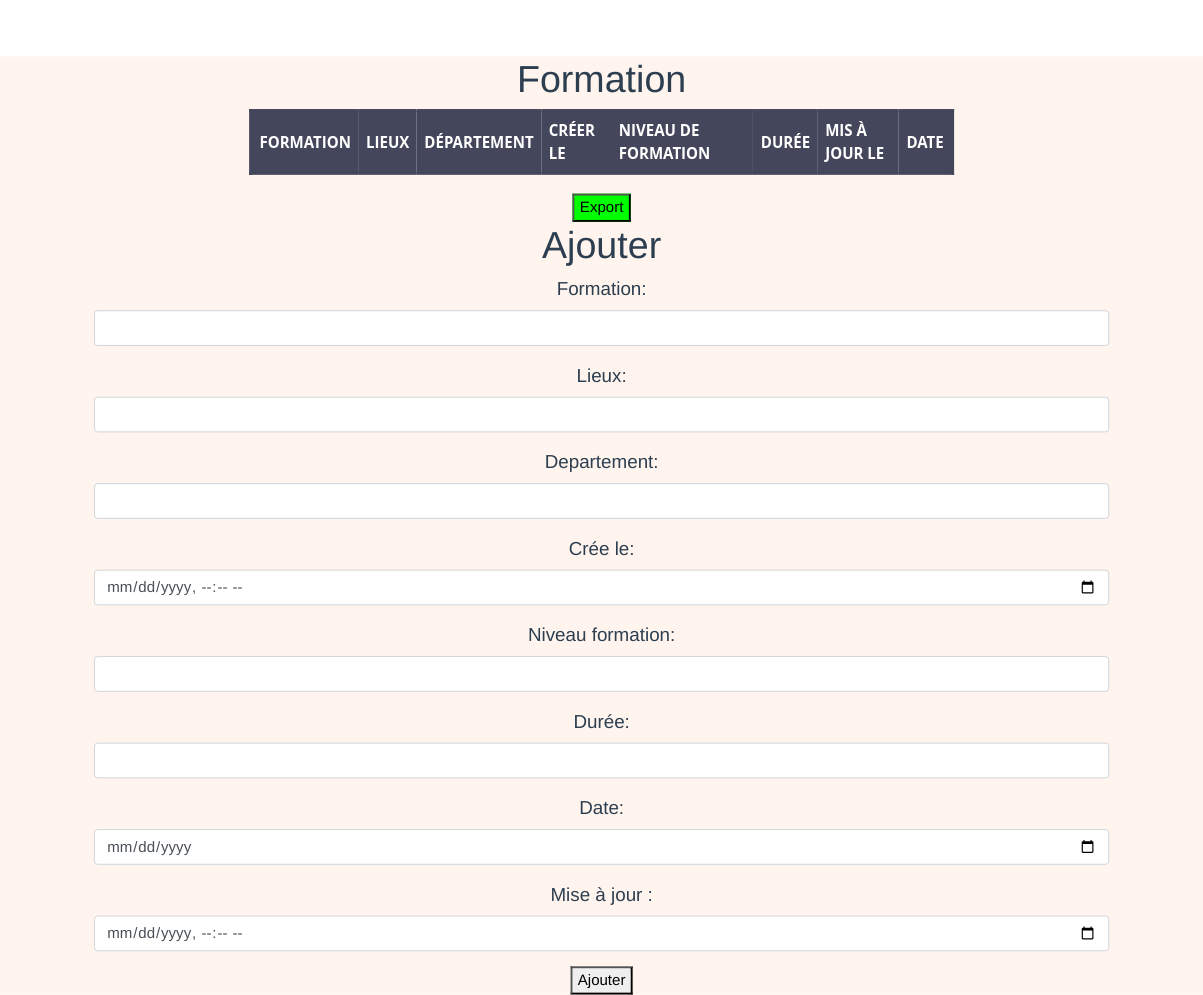
Repository: BaldeThierno1990/Projet-1-formation-tableau-generique-vue-export
Page: / (app in mcc/)
The author's editor kept a copy of each file at every save. The page is drawn from the files as they stood at one save, then again after the next save.
The browser window is 1280 px wide. The pictures show the whole page, at 94% of full size.
The page's requests for data from a server got no answer. The project was rebuilt for these pictures with package versions that can differ from the ones it lists, and the page was loaded fresh each time. No one was signed in, and anything a server would have sent is missing.

Above is the page before, as saved 2021-03-18 10:18:03.

After the next save:
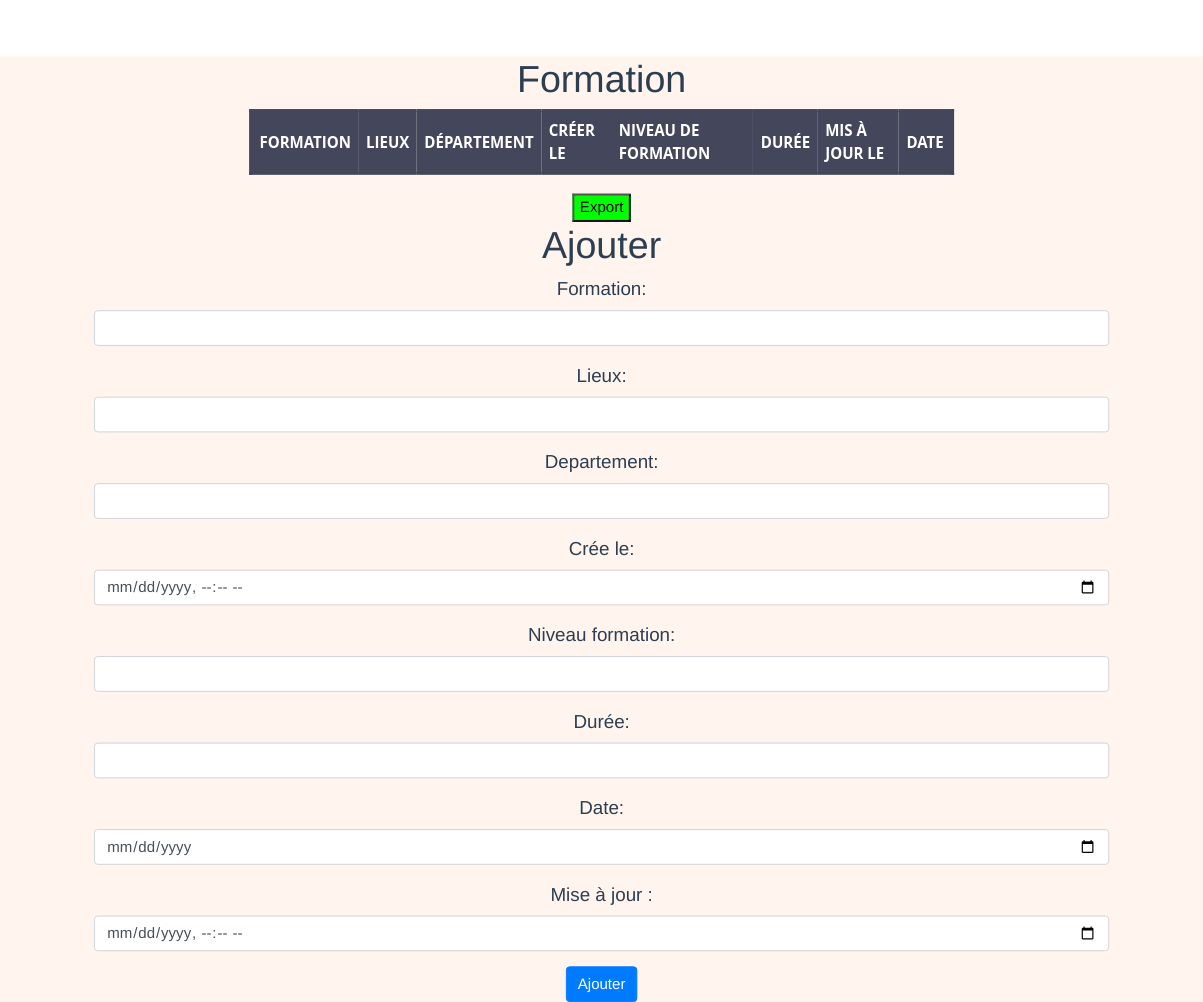
Saved 36 s later.
--- a/mcc/src/components/Post-form.vue
+++ b/mcc/src/components/Post-form.vue
@@ -37,7 +37,7 @@
             <label for="mon_id">Mise à jour :</label>
             <input type="datetime-local" name="update_at" class="form-control"  v-model="posts.updateAt">
                    </div>
-            <button type="submit">Ajouter</button>
+            <button type="submit" class="btn btn-primary">Ajouter</button>
         </form>
     </div>
     </div>
